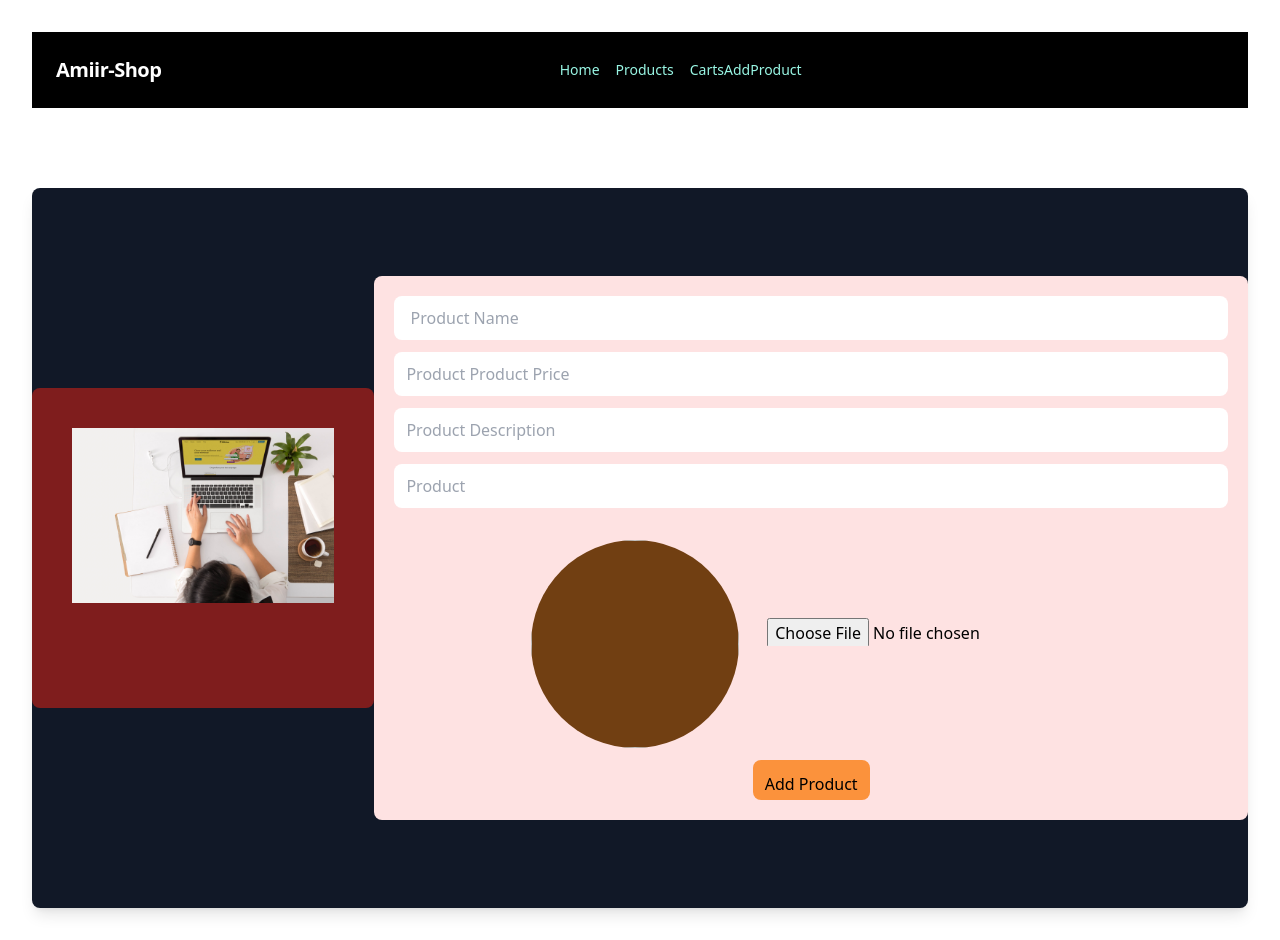
Repository: ENG-AMIIR-MUSE/ECommerce-app-using-react
Page: /addProducts
An editor plug-in stored every save of this project. The page is shown before and after a run of saves, followed by the edit.
The browser window is 1280 px wide. The pictures show the whole page.
The page's requests for data from a server got no answer. The project was rebuilt for these pictures with package versions that can differ from the ones it lists, and the page was loaded fresh each time. No one was signed in, and anything a server would have sent is missing. Also part of the build but not shown: vite.config.js, src/Components/productList.js, src/Components/productCard.js.

Above is the page before, as saved 2023-06-24 20:59:46.

### src/main.jsx
import React from 'react'
import ReactDOM from 'react-dom/client'
import App from './App.jsx'
import './index.css'

import { BrowserRouter }  from 'react-router-dom'



ReactDOM.createRoot(document.getElementById('root')).render(
  <React.StrictMode>
    <BrowserRouter>
    <App />
    </BrowserRouter>

  </React.StrictMode>,

)

### src/App.jsx
import { useEffect } from 'react'
import { useState } from 'react'
import axios from 'axios'
import ProductList from './Components/ProductList'
import ProductCard from './Components/ProductCard'

import './App.css'

import {NavBar} from './Components/NavBar'
import {  Routes,Route } from 'react-router-dom'

import AddProduct from './Components/AddProduct'

function App() {
const [products,setProducts] =  useState([])

useEffect(()=>{
  axios.get('https://fakestoreapi.com/products')
  .then((response)=>{
    // console.log(response)
   setProducts(response.data)
  }).catch((er)=>{
    console.log(er.response)
  })

})

  return (
    <>

    {/* {console.log(products)} */}
    <NavBar/>

    {/* <ProductCard/> */}
    <Routes>
    <Route path="/"/>
    <Route path="/products" element={<ProductList products ={products}/>}/>

    <Route path="/products/:id" element={<ProductCard products = {products}/>}/>
  <Route path="/addProducts/" element={<AddProduct/>}/>
  </Routes>
    </>


  )


}

export default App

### src/Components/NavBar.jsx
import React from 'react'
import {Link } from 'react-router-dom'
 export function NavBar() {
  return (
    <>
    <nav className=" items-center justify-between flex-wrap bg-black p-6 mb-20 h-auto p-5">
  <div className="flex items-center flex-shrink-0 text-white mr-6">

    <span className="font-semibold text-xl tracking-tight">Amiir-Shop</span>


  <div className="w-full block flex-grow lg:flex lg:items-center lg:w-auto">
    <div className="text-sm lg:flex-grow">
      <Link to="/" className="block mt-4 lg:inline-block lg:mt-0 text-teal-200 hover:text-white mr-4">
        Home
      </Link>
      <Link to="/products" className="block mt-4 lg:inline-block lg:mt-0 text-teal-200 hover:text-white mr-4">
        Products
      </Link>
      <Link to="/carts" className="block mt-4 lg:inline-block lg:mt-0 text-teal-200 hover:text-white">
        Carts
      </Link>
      <Link to="/addProducts" className="block mt-4 lg:inline-block lg:mt-0 text-teal-200 hover:text-white">
        AddProduct
      </Link>
    </div>

  </div>
  </div>
</nav>
    </>
  )

 }

### src/Components/AddProduct.jsx
import React from "react";
import reactsvg from '../assets/weImage.jpg'
import { useState } from "react";
const  AddProduct = ()=>{
  const [image,setImage]  = useState(null)

    return(
        <div  className="bg-gray-900 mt-0  max-w-sm text-black  min-h-screen flex flex-col lg:flex-row lg:max-w-full 2xl:max-w-full max-w-sm mx-auto justify-center items-center  shadow-lg rounded-lg  overflow-hidden">
          <div className="w-96 rounded-lg mx-auto  bg-red-900  m-5 h-80 p-10  ">
           <img src= {reactsvg} className="w-full "  alt="missing-product-image"/>
          </div>
          <div className="  m-10 rounded-lg bg-red-100 mx-auto mx-auto mx-auto">
          <form className="space-y-3 mx-auto p-5 ">

           <input type="text"placeholder=" Product Name" className="w-full rounded-lg h-11  pl-3"/>
          <input type="text"placeholder="Product Product Price" className="w-full rounded-lg h-11  pl-3"/>
          <input type="text"placeholder="Product Description" className="w-full rounded-lg h-11  pl-3"/>
           <input type="text" placeholder="Product"className="w-full rounded-lg h-11 pl-3 "/>
           <div className="flex felx-row  flex-wrap items-center justify-center space-x-4">
             <img src={image&&URL.createObjectURL(image)} alt={image} className="rounded-full w-52 h-52 mt-5  max-w-md  object-cover object-center bg-yellow-900" />
             <input type="file" className = "rounded-lg p-3 h-10 mb-4 " onChange={(event)=>{

              setImage(event.target.files[0])
             }}/>
           </div>
             <input type="submit" className = "rounded-lg bg-orange-400 p-3 h-10 "value="Add Product"/>
          </form>
          </div>
          {console.log(image)}
        </div>
    )
}
export default AddProduct;

Loaded but not shown: index.html (common file); src/index.css (common file); src/App.css (common file); tailwind.config.js (common file)

After the next 2 saves:
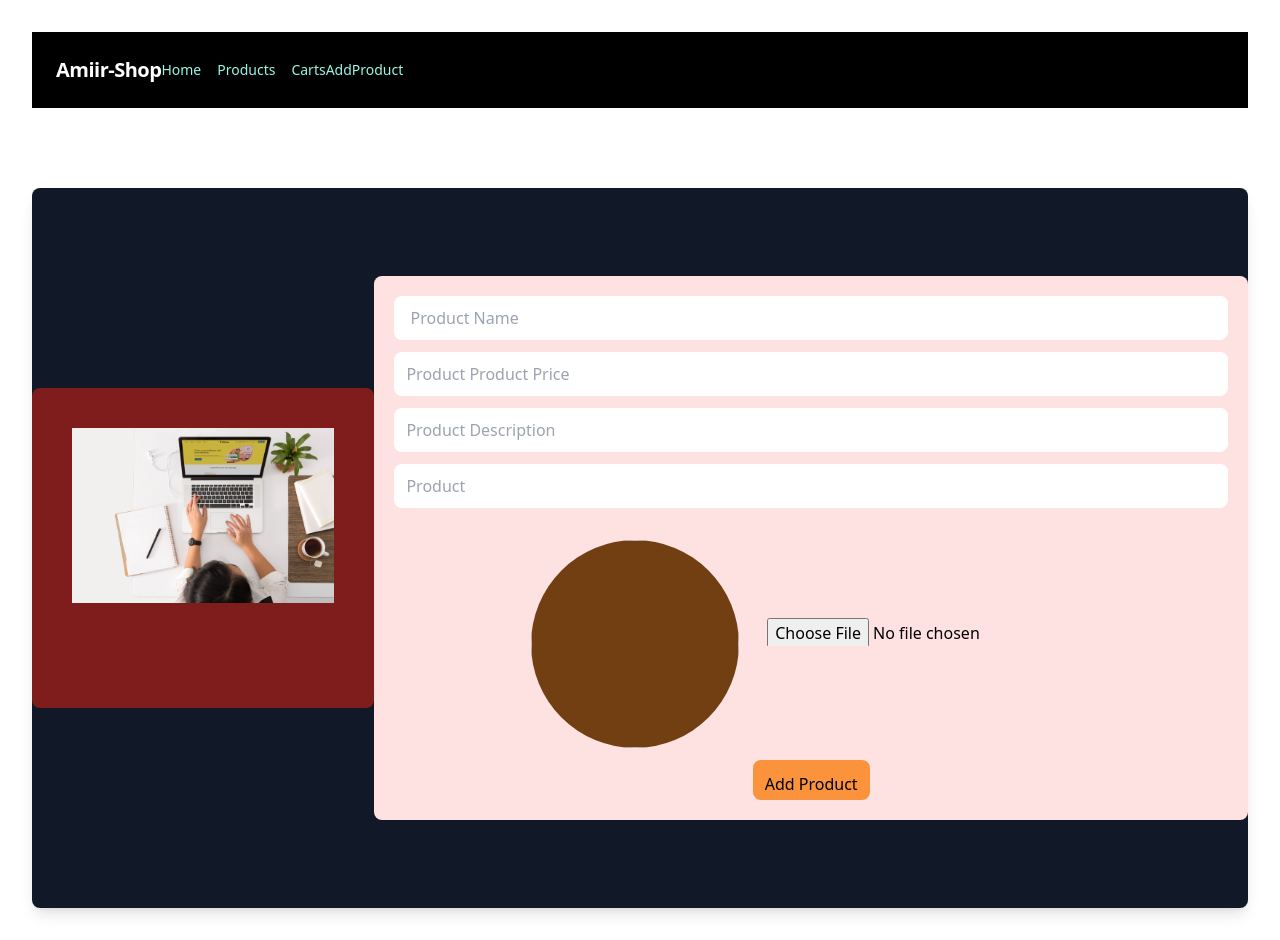
The 2 saves are shown as one change because they came seconds apart.
The last was saved 115 s later.
--- a/src/Components/NavBar.jsx
+++ b/src/Components/NavBar.jsx
@@ -10,7 +10,7 @@ import {Link } from 'react-router-dom'
 
 
   <div className="w-full block flex-grow lg:flex lg:items-center lg:w-auto">
-    <div className="text-sm lg:flex-grow">
+    <div className="text-sm lg:flex-grow flex">
       <Link to="/" className="block mt-4 lg:inline-block lg:mt-0 text-teal-200 hover:text-white mr-4">
         Home
       </Link>
